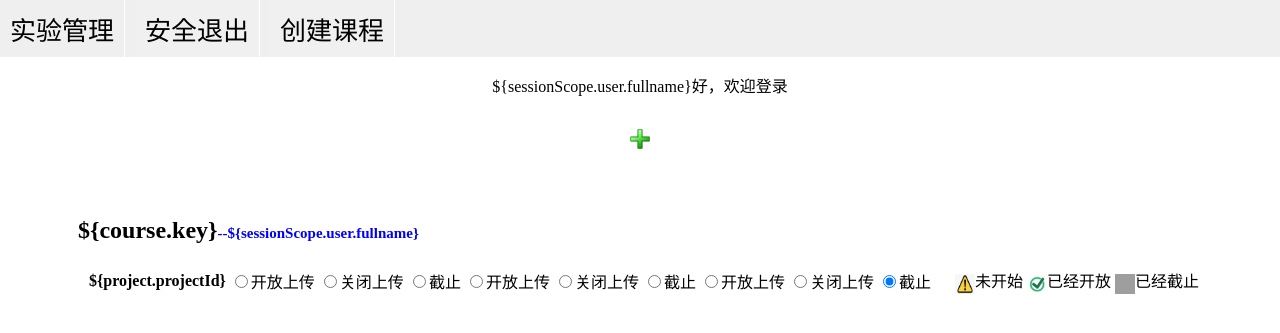
Repository: IAmJiangWenHao/ReportServer
Page: web/demo.html
The author's editor kept a copy of each file at every save. The page is drawn from the files as they stood at one save, then again after the next save.
The browser window is 1280 px wide. The pictures show the whole page.
Pictures or frames that could not be fetched are drawn as grey boxes.

Above is the page before, as saved 2023-05-19 18:07:02.
Console error: ReferenceError: requests is not defined

### web/demo.html
<!-- <%@page import="com.report.javabeans.ExpClass"%>
<%@page import="com.report.javabeans.Project"%>
<%@page import="com.report.javabeans.User"%>
<%@page import="java.util.ArrayList"%>
<%@page import="java.io.File"%>
<%@page import="java.util.List"%>
<%@page import="java.net.URLEncoder"%>
<%@page import="java.util.Map"%>
<%@page isELIgnored="false"%>
<%@page contentType= "text/html; charset=UTF-8" pageEncoding="UTF-8"%>

<%@ taglib uri="http://java.sun.com/jsp/jstl/core" prefix="c" %>
<%@ taglib uri="/tlds/reporttag_library" prefix="mytag" %> -->
<!--script type="text/javascript" src="${pageContext.request.contextPath}/script/scriptV1.js?v=1.0"></script-->
<!DOCTYPE html>
<html>
  <!-- <%
    response.setHeader("Pragma", "no-cache");
    response.addHeader("Cache-Control", "must-revalidate");
    response.addHeader("Cache-Control", "no-cache");
    response.addHeader("Cache-Control", "no-store");
    response.setDateHeader("Expires", 0);
  %> -->
  <head>
    <meta http-equiv="Content-Type" content="text/html; charset=UTF-8">
    <title>实验上传系统 </title>

  </head>

  <body style="margin: 0;">
    <style>
      .topbar-item{
        padding: 10px;
        margin-right: 10px;
        border-right: 1px solid white;
        background-color: rgba(240, 240, 240, 1)
      }
      .topbar-item:hover{
        background-color: rgba(240, 240, 240, 0.6)


      }

    </style>
    <!-- ${mytag:LoadCourseProject(pageContext.request,pageContext.response)} -->
    <script>

      window.onload = function () {//Ajax实现更新项目状态
        var ratios = document.getElementsByTagName("input");//获取所有input（本页面的input只有单选按钮）
        var map = new Map();//记录单选按钮旧值
        for (var i = 0; i < ratios.length; i++) {
          map.set((i + 1).toString(), ratios[i].checked);
          //oninput事件在input的值发生改变时触发，这里监听单选按钮值得改变
          ratios[i].oninput = function () {
            var r = false;
            if (this.value === "deadline") {//是否选择截止
              //是否确认修改
              r = confirm("截止后不可再设置，确定截止？");
            }
            //取消截止
            if (this.value === "deadline" && r === false) {
              var list = document.getElementsByName(this.name);
              for (var j = 0; j < list.length; j++)
                list[j].checked = map.get(list[j].id);
              return;
            }
            ratioName = this.name;
            //确定截止，不允许再更改状态
            if (this.value === "deadline") {
              var list = document.getElementsByName(this.name);
              for (var j = 0; j < list.length; j++)
              {
                list[j].disabled = "disable";
                map.set(list[j].id, list[j].checked);
              }
            } else {
              var list = document.getElementsByName(this.name);
              for (var j = 0; j < list.length; j++)
                map.set(list[j].id, false);
              map.set(this.id, this.checked);
            }
            var formData = new FormData();//FormData 对象
            var course = ratioName.substr(0, ratioName.indexOf("-"));
            var project = ratioName.substr(ratioName.indexOf("-") + 1, ratioName.length - 1);
            //添加KV
            formData.append("project", project);//项目
            formData.append("course", course); //课程名
            formData.append("status", this.value);//状态
            var cell = document.getElementById(this.name);
            //显示实验项目状态提示信息
            cell.innerHTML = "&nbsp;&nbsp;&nbsp;&nbsp;&nbsp;";
            if (this.value === "open")
              cell.innerHTML += "<img style=\"vertical-align: middle;height:20px;width:20px\" src=\"./img/check.jpg\"/>已经开放";
            if (this.value === "close")
              cell.innerHTML += "<img style=\"vertical-align: middle;height:20px;width:20px\" src=\"./img/undone.png\"/>未开始";
            if (this.value === "deadline")
              cell.innerHTML += "<img style=\"vertical-align: middle;height:20px;width:20px\" src=\"./img/deadline.jpg\"/>已截止";
            //1.创建请求对象
            const xhr = new XMLHttpRequest();
            //2.设置请求行，这里用post(get请求数据写在url后面)
            //updateProject.do实现后端更新
            xhr.open("post", getAppPath() + "/updateProject.do");
            //3.设置请求头(get请求可以省略,post不发送数据也可以省略)
            //xhr.setRequestHeader("Content-type","application/x-www-form-urlencoded");
            // 用formData可以不写请求头，写了无法正常上传文件
            //4.请求主体发送(get请求为空，或者写null，post请求数据写在这里，
            //如果没有数据，直接为空或者写null)
            xhr.send(formData);
            //注册回调函数
            xhr.onload = function ()
            {
              if (xhr.readyState === 4)
              {
                if (xhr.status >= 200 && xhr.status <= 300)
                { //判断响应码 2XX 表示成功
                  console.log(xhr.response.toString());
                } else
                  console.log("响应码：" + xhr.status); //状态码
              } else
                console.log(xhr.readyState);
              ;
            };
          };
        }
        ;
      };
    </script>
    <script>
      function getAppPath() {
        //获取当前URL
        var curURL = window.document.location.href;
        //获取主机地址之后的路径部分（就是文件地址）
        var pathName = window.document.location.pathname;
        var pos = curURL.indexOf(pathName);
        //获取应用地址
        var host = curURL.substring(0, pos);
        //获取带"/"的应用名，如：/***
        var webAppName = pathName.substring(0, pathName.substr(1).indexOf('/') + 1);
        return host + webAppName;
      }
    </script>
    <script>
        session = requests.session ()
      var isIE = /msie/i.test(navigator.userAgent) && !window.opera;
      function fileChange(target, type) {
        var fileSize = 0;
        var filepath = target.value;
        var filemaxsize = 1024 * 5;//5M
        var flag = -1;
        if (filepath) {
          var fileend = filepath.substring(filepath.lastIndexOf("."));
          // alert(fileend);
          if (type && type.length > 0) {
            //alert(fileend.indexOf(type));
            if (fileend !== ".xlsx") {
              alert("只接受xlsx类型的文件！");
              target.value = "";
              return false;
            }
          }
        } else {
          return false;
        }
        if (isIE && !target.files) {
          var filePath = target.value;
          var fileSystem = new ActiveXObject("Scripting.FileSystemObject");
          if (!fileSystem.FileExists(filePath)) {
            alert("附件不存在，请重新输入！");
            return false;
          }
          var file = fileSystem.GetFile(filePath);
          fileSize = file.Size;
        } else {
          fileSize = target.files[0].size;
        }

        var size = fileSize / 1024;
        if (size > filemaxsize) {
          alert("附件大小不能大于" + filemaxsize / 1024 + "M！");
          target.value = "";
          return false;
        }
        if (size <= 0) {
          alert("附件大小不能为0M！");
          target.value = "";
          return false;
        }
      }
      function Check()
      {
        for (var i = 0; i < document.form1.elements.length - 1; i++)
        {
          if (document.form1.elements[i].value === "")
          {
            alert("不可空！");
            document.form1.elements[i].focus();
            return false;
          }
        }
        return true;
      }
      function cls() {
        var createCell = document.getElementById("createCourse");
        createCell.innerHTML = "";
      }

      function createCourse() {
        var createCell = document.getElementById("createCourse");
        createCell.innerHTML = "<form action=\"../uploadCourseServlet\" enctype=\"multipart/form-data\" method=\"post\" name=\"form1\" onSubmit=\"return Check()\"><table></tr><tr> <td>建课模板：</td><td><a href=\"实验课模板.xlsx\">下载</a></td></tr><tr><td>课程名：</td><td><input style=\" font-size:16px\" type=\"text\" name=\"courseName\" size=\"20\"/>(例：程序设计实验)</td></tr><tr><td>班级：</td><td><input style=\" font-size:16px\" type=\"text\" name=\"className\" size=\"20\"/>(例:信安201)</td></tr><tr> <td>文件：</td><td><input style=\" font-size:16px\" type=\"file\" name=\"file\" size=\"40\" id=\"fup\" onchange=\'fileChange(this,\".xlsx\");\'/></td><tr><td style=\"height:50px;\" align=\"right\" ><input style=\" font-size:16px\" type=\"submit\" value=\"提交\" size='30'/> </td><td align=\"left\"><input style=\" font-size:16px\" type=\"button\" value=\"关闭\" size='30' onclick=\"cls()\"/> </td></tr></table></form>";
      };
              backremove = function(){
           console.log(hhhhh);
       };
    </script>
    <div >
      <div style="display:flex;font-size: 26px;background-color: buttonface;">
        <div class="topbar-item" color="black"> 实验管理</div>
        <div class="topbar-item"><a style="color: black;text-decoration:none;" href="exit.jsp">安全退出</a></div>
        <div class="topbar-item" onclick="createCourse()">创建课程</div></div>
<div style="display: flex;flex-direction:column;align-items:center">
  <p>${sessionScope.user.fullname}好，欢迎登录</p>
  <p>
    <img style="vertical-align: middle;height:20px" alt="" width="20" src="./img/new.jpg"/>

  <div id="createCourse">

  </div>
</p>



    <c:forEach var="course" items="${sessionScope.courseData}" varStatus="statusCourse">
      <h2> ${course.key}<font style="font-size:15px;color:blue">--${sessionScope.user.fullname}</font></h2><p>
      <table>
        <c:forEach var="project" items="${course.value}" varStatus="statusProject">
          <tr style=" height: 30px;border: 1px">
            <td>&nbsp;&nbsp;<b>${project.projectId}</b></td>
            <td><!-- 3.一组单选按钮 radio（同name），只能选一个
                     request.getParameter("***")-->
              <c:if test="${project.state==0}">
                <input type="radio" id="${"course".concat(statusCourse.count).concat(statusProject.count).concat(1)}"  name="${course.key.concat("-").concat(project.projectId)}" value="open">开放上传
                <input type="radio" id="${"course".concat(statusCourse.count).concat(statusProject.count).concat(1)}"  name="${course.key.concat("-").concat(project.projectId)}" value="close" checked="true">关闭上传
                <input type="radio" id="${"course".concat(statusCourse.count).concat(statusProject.count).concat(1)}"  name="${course.key.concat("-").concat(project.projectId)}" value="deadline">截止
              </c:if>
              <c:if test="${project.state==1}">
                <input type="radio" id="${"course".concat(statusCourse.count).concat(statusProject.count).concat(1)}"  name="${course.key.concat("-").concat(project.projectId)}" value="open" checked="true">开放上传
                <input type="radio" id="${"course".concat(statusCourse.count).concat(statusProject.count).concat(1)}"  name="${course.key.concat("-").concat(project.projectId)}" value="close" >关闭上传
                <input type="radio" id="${"course".concat(statusCourse.count).concat(statusProject.count).concat(1)}"  name="${course.key.concat("-").concat(project.projectId)}" value="deadline">截止
              </c:if>
              <c:if test="${project.state==2}">
                <input type="radio" id="${"course".concat(statusCourse.count).concat(statusProject.count).concat(1)}"  name="${course.key.concat("-").concat(project.projectId)}" value="open">开放上传
                <input type="radio" id="${"course".concat(statusCourse.count).concat(statusProject.count).concat(1)}"  name="${course.key.concat("-").concat(project.projectId)}" value="close" >关闭上传
                <input type="radio" id="${"course".concat(statusCourse.count).concat(statusProject.count).concat(1)}"  name="${course.key.concat("-").concat(project.projectId)}" value="deadline" checked="true">截止
              </c:if>
            </td>
            <td id="${course.key.concat("-").concat(project.projectId)}">&nbsp;&nbsp;&nbsp;&nbsp;
              <c:if test="${project.state==0}" >
                <img style="vertical-align: middle;height:20px;width:20px" alt="" src="../img/undone.png"/>未开始
              </c:if>
              <c:if test="${project.state==1}" >
                <img style="vertical-align: middle;height:20px;width:20px" alt="" src="../img/check.jpg"/>已经开放
              </c:if>
              <c:if test="${project.state==2}" >
                <img style="vertical-align: middle;height:20px;width:20px" alt="" src="../img/deadline.png"/>已经截止
              </c:if>
            </td>
          </tr>
        </c:forEach>
      </table>
    </c:forEach>
  </div>
  </div>
</body>
</html>

After the next save:
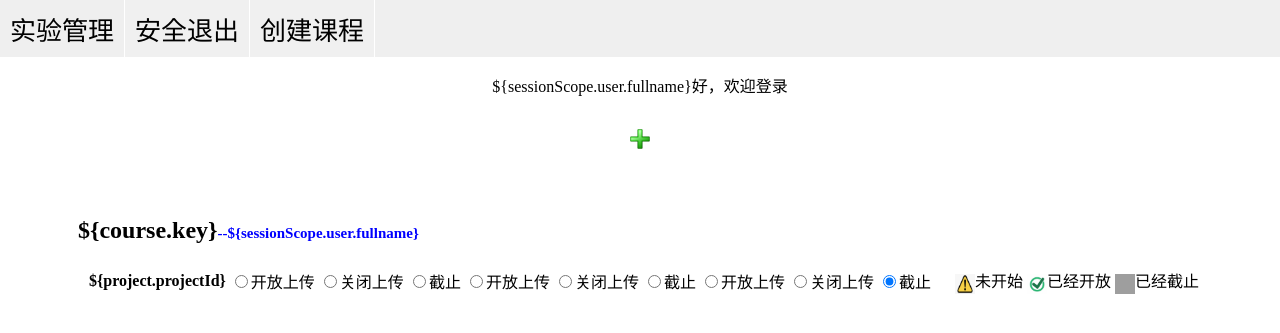
Saved 32 s later.
--- a/web/demo.html
+++ b/web/demo.html
@@ -31,7 +31,6 @@
     <style>
       .topbar-item{
         padding: 10px;
-        margin-right: 10px;
         border-right: 1px solid white;
         background-color: rgba(240, 240, 240, 1)
       }
